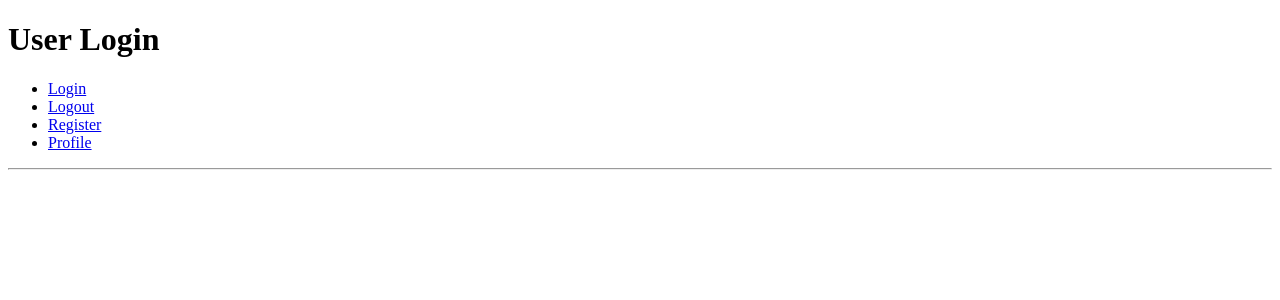
Repository: KittyMcDonagh/fsf-django-authentication
Page: http://localhost/accounts/login/
The author's editor kept a record of every edit. The page is drawn from the files as they stood at one moment, then again after the next edit.
The browser window is 1280 px wide. The pictures show the whole page.
The page is served by the project's application, run on Django 2.2 (manage.py). Other server files are loaded and not shown.

Above is the page before.

### accounts/views.py
from django.shortcuts import render, redirect, reverse
from django.contrib import auth, messages
from accounts.forms import UserLoginForm


# Create your views here.

def index(request):

    """ Return the index.html file """

    return render(request, 'index.html')


def logout(request):

    """ Log the user out """
    auth.logout(request)
    messages.success(request, "You have been successfully logged out!")

    return redirect(reverse('index'))


def login(request):

    if request.method == "POST":
        login_form = UserLoginForm(request.POST)

        if login_form.is_valid():
            user = auth.authenticate(username=request.POST['username'],
                                     password=request.POST['password'])


            if user:
                auth.login(user=user, request=request)
                messages.success(request, "You have successfully logged in!")
            else:
                login_form.add_error(None, "Your user name or password is incorrect")

    else:

        """ Return a login page """

        # Set user login form = instance of UserLoginForm - notice () here

        login_form = UserLoginForm()

    return render(request, 'login.html', {"login_form": login_form})

### accounts/templates/login.html
<!DOCTYPE html>
<html>

<head>
    <title>Django Auth</title>
</head>

<body>
    <h1>User Login</h1>
    <nav>
        <ul>
            <li><a href="{% url 'login' %}">Login</a></li>
            <li><a href="{% url 'logout' %}">Logout</a></li>
            <li><a href="#">Register</a></li>
            <li><a href="#">Profile</a></li>
        </ul>
    </nav>
    <hr>

    {% if messages %}
    <div>
        {% for message in messages %}
            {{ message }}
        {% endfor%}
    </div>
    {% endif %}
</body>

</html>

### accounts/forms.py
from django import forms



class UserLoginForm(forms.Form):

    """ Form to be used to log user in """

    username = forms.CharField()
    password = forms.CharField(widget=forms.PasswordInput)

### django_auth/urls.py
"""django_auth URL Configuration

The `urlpatterns` list routes URLs to views. For more information please see:
    https://docs.djangoproject.com/en/1.11/topics/http/urls/
Examples:
Function views
    1. Add an import:  from my_app import views
    2. Add a URL to urlpatterns:  url(r'^$', views.home, name='home')
Class-based views
    1. Add an import:  from other_app.views import Home
    2. Add a URL to urlpatterns:  url(r'^$', Home.as_view(), name='home')
Including another URLconf
    1. Import the include() function: from django.conf.urls import url, include
    2. Add a URL to urlpatterns:  url(r'^blog/', include('blog.urls'))
"""
from django.conf.urls import url
from django.contrib import admin
from accounts.views import index, logout, login

urlpatterns = [
    url(r'^admin/', admin.site.urls),
    url(r'^$', index, name="index"),
    url(r'^accounts/logout/$', logout, name="logout"),
    url(r'^accounts/login/$', login, name="login"),
]

After the next edit:
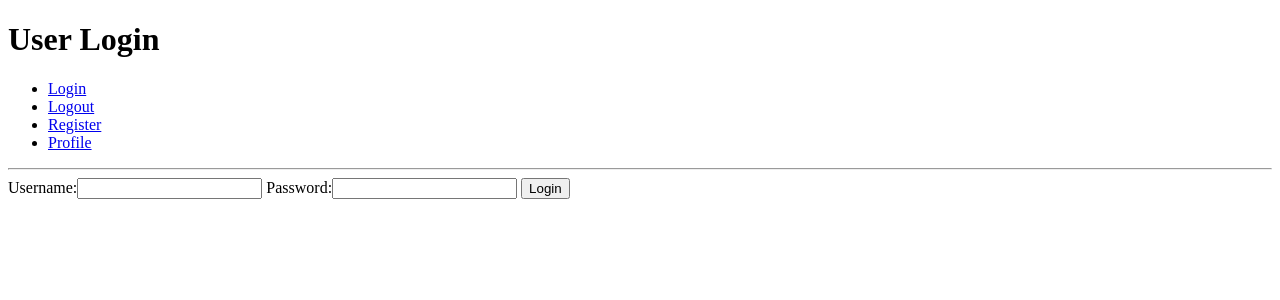
The edit:
--- a/accounts/templates/login.html
+++ b/accounts/templates/login.html
@@ -24,6 +24,14 @@
         {% endfor%}
     </div>
     {% endif %}
+
+    <form method="POST">
+
+        {{ login_form }}
+
+        <button type="submit">Login</button>
+
+    </form>
 </body>
 
 </html>
